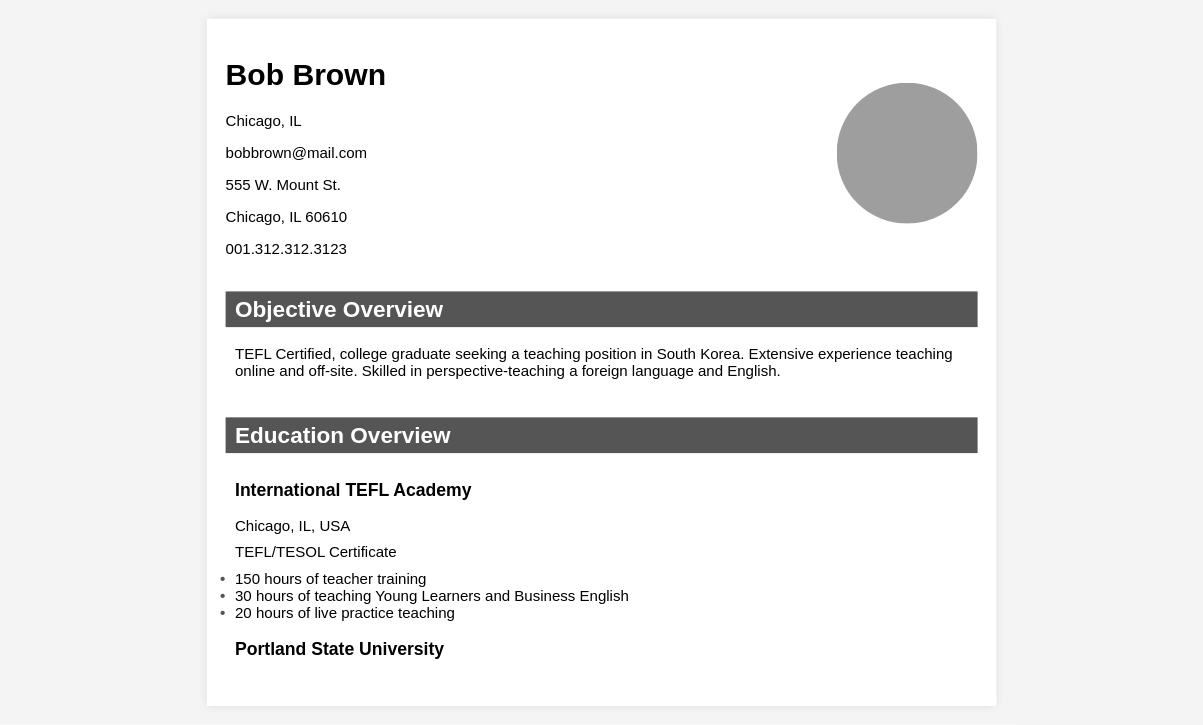
Repository: Gibekkk/WebPro
Page: Tugas Lab 1 (2)/index.html
An editor plug-in stored every save of this project. The page is shown before and after the next save, followed by the edit.
The browser window is 1280 px wide. The pictures show the whole page, at 94% of full size.
Pictures or frames that could not be fetched are drawn as grey boxes.

Above is the page before, as saved 2024-03-25 13:12:23.

After the next save:
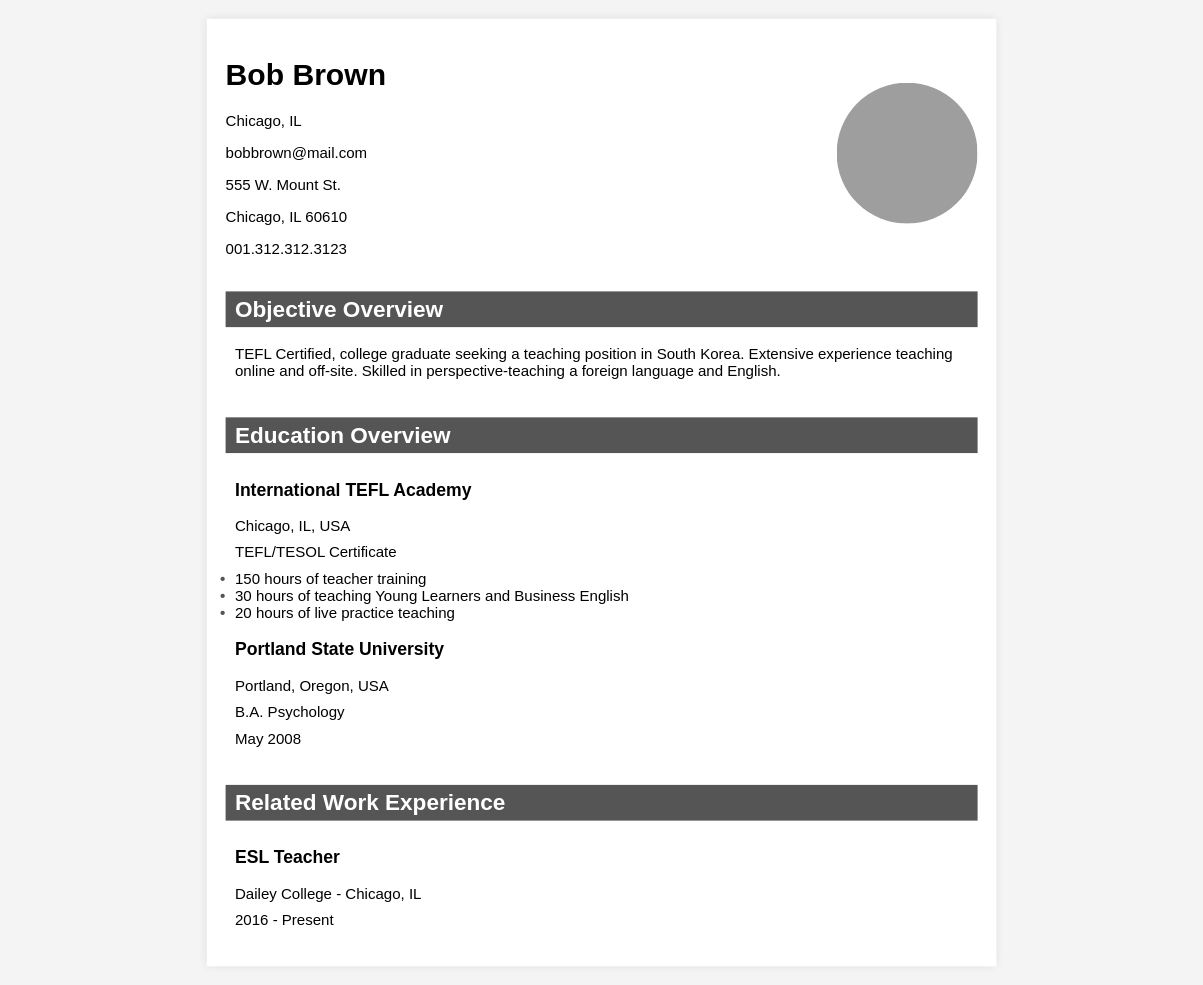
Saved 5 s later.
--- a/Tugas Lab 1 (2)/index.html
+++ b/Tugas Lab 1 (2)/index.html
@@ -93,6 +93,18 @@
         <li>20 hours of live practice teaching</li>
       </ul>
       <h3>Portland State University</h3>
+      <p>Portland, Oregon, USA</p>
+      <p>B.A. Psychology</p>
+      <p>May 2008</p>
+    </div>
+  </div>
+  <div class="section">
+    <h2 class="section-title">Related Work Experience</h2>
+    <div class="section-content">
+      <h3>ESL Teacher</h3>
+      <p>Dailey College - Chicago, IL</p>
+      <p>2016 - Present</p>
+      <ul>
   <!-- More sections can be added here following the same structure -->
 </div>
 </body>
